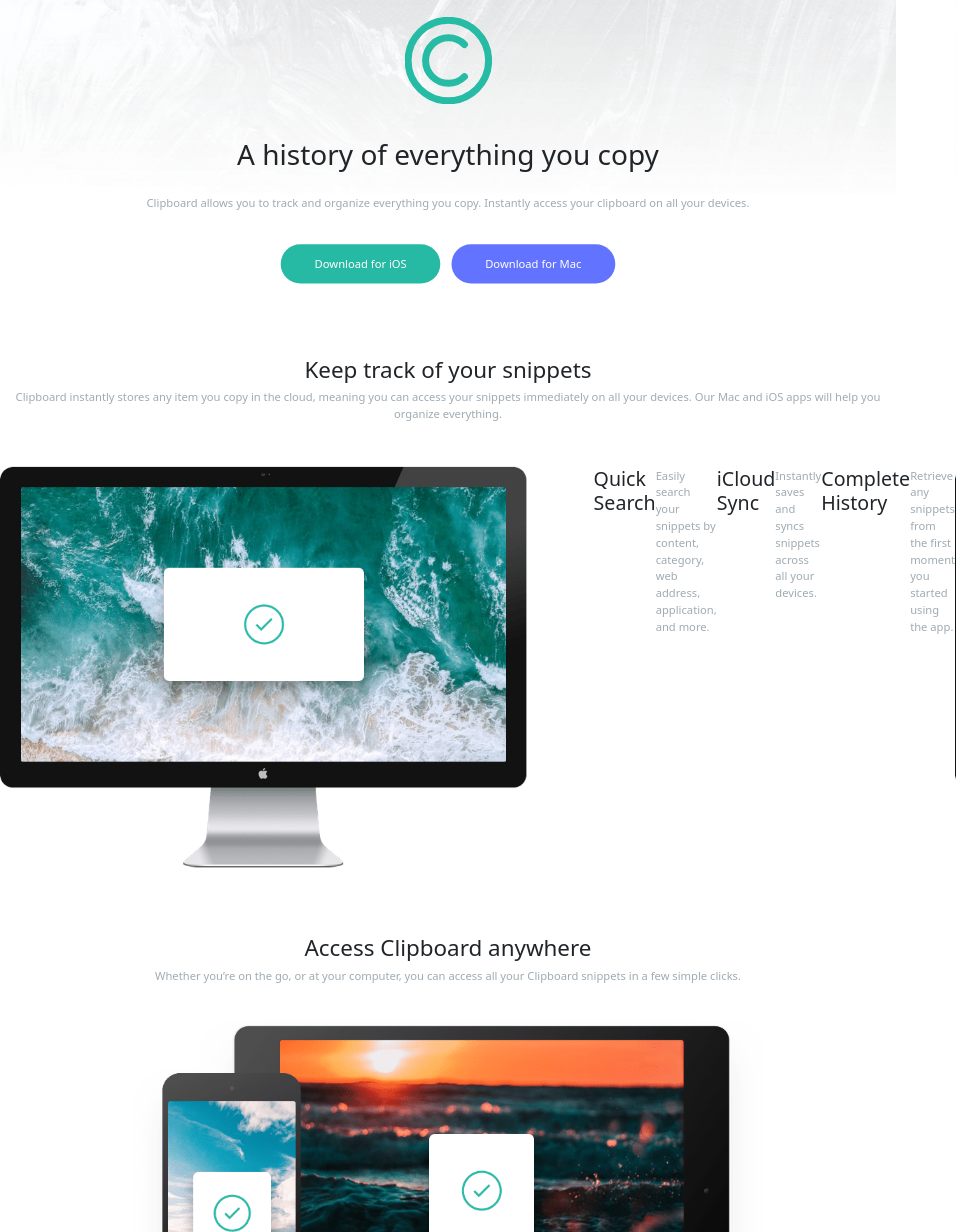
Repository: blordeus/clipboard-landing-page-master
Page: index.html
An editor plug-in stored every save of this project. The page is shown before and after the next save, followed by the edit.
The browser window is 1280 px wide. The page is 1365 px wide, then 1280 px, so the pictures cover 1365 px, including what lies to the right of the window. The pictures show the part of the page from y = 0 to 1760 px (the page is 5197 px tall), at 70% of full size.
Some web fonts or font styles are not loaded; a fallback is used. The style sheet was rebuilt from its Sass, Less or Tailwind sources for each picture, by a compiler version that may differ from the author's.

Above is the page before, as saved 2023-09-04 16:06:08.

### index.html
<!DOCTYPE html>
<html lang="en">
<head>
  <meta charset="UTF-8">
  <meta name="viewport" content="width=device-width, initial-scale=1.0"> <!-- displays site properly based on user's device -->

  <link rel="icon" type="image/png" sizes="32x32" href="./images/favicon-32x32.png">
  <link rel="stylesheet" href="style.css">
  <link href="https://cdn.jsdelivr.net/npm/bootstrap@5.3.1/dist/css/bootstrap.min.css" rel="stylesheet" integrity="sha384-4bw+/aepP/YC94hEpVNVgiZdgIC5+VKNBQNGCHeKRQN+PtmoHDEXuppvnDJzQIu9" crossorigin="anonymous">
  <title>Frontend Mentor | Clipboard landing page</title>

</head>
<body>
<main class="text-center">
    <header class="background py-4">
      <img src="./images/logo.svg" alt="">
      <h1 class="mt-5 translate-bottom-y">A history of everything you copy</h1>
    </header>

    <p>
      Clipboard allows you to track and organize everything you
      copy. Instantly access your clipboard on all your devices.
    </p>

    <div class="d-grid d-md-flex justify-content-md-center gap-3 col-10 mx-auto my-5 pb-5">
      <button class="btn-cyan rounded-pill px-md-5">Download for iOS</button>
      <button class="btn-blue rounded-pill px-md-5">Download for Mac</button>
    </div>

    <h2 class="pt-5 pt-md-2">Keep track of your snippets</h2>

    <p class="pb-5">
      Clipboard instantly stores any item you copy in the cloud,
      meaning you can access your snippets immediately on all your
      devices. Our Mac and iOS apps will help you organize everything.
    </p>

    <section class="d-grid pb-5 mx-4 gap-5 mx-md-0 d-md-flex">
      <img class="img-fluid" src="./images/image-computer.png" alt="computer">
      <div class="text-md-start ms-5 d-flex align-content-center justify-content-center">
        <h3>Quick Search</h3>
        <p>Easily search your snippets by content, category, web address, application, and more.</p>
        <h3>iCloud Sync</h3>
        <p>Instantly saves and syncs snippets across all your devices.</p>
        <h3>Complete History</h3>
        <p>Retrieve any snippets from the first moment you started using the app.</p>
      </div>
    </section>

    <section class="py-5 mx-4">
      <h2>Access Clipboard anywhere</h2>
      <p class="mb-5">
        Whether you’re on the go, or at your computer, you can access all your Clipboard
        snippets in a few simple clicks.
      </p>
      <img class="img-fluid" src="./images/image-devices.png" alt="">
    </section>

    <section class="mx-3 py-5">
      <h2>Supercharge your workflow</h2>
      <p>We’ve got the tools to boost your productivity.</p>
    </section>

    <section class="py-5">
      <div>
        <img class="mb-5" src="./images/icon-blacklist.svg" alt="blacklist">
        <h3 class="mb-3">Create blacklists</h3>
        <p>Ensure sensitive information never makes its way to your clipboard by excluding certain sources.</p>
      </div>
      <div>
        <img class="my-5" src="./images/icon-text.svg" alt="blacklist">
        <h3 class="mb-3">Plain text snippets</h3>
        <p>Remove unwanted formatting from copied text for a consistent look.</p>
      </div>
      <div>
        <img class="my-5" src="./images/icon-preview.svg" alt="blacklist">
        <h3 class="mb-3">Sneak preview</h3>
        <p>Quick preview of all snippets on your Clipboard for easy access.</p>
      </div>
    </section>

    <section class="d-flex flex-column col-6 gap-4 mx-auto mb-5">
      <img class="img-fluid" src="./images/logo-google.png" alt="google">
      <img class="img-fluid" src="./images/logo-ibm.png" alt="ibm">
      <img class="img-fluid" src="./images/logo-microsoft.png" alt="microsoft">
      <img class="img-fluid" src="./images/logo-hp.png" alt="hp">
      <img class="img-fluid" src="./images/logo-vector-graphics.png" alt="vector graphics">
    </section>

    <section class="my-5 mx-3">
      <h2>Clipboard for iOS and Mac OS</h2>
      <p>
        Available for free on the App Store. Download for Mac or iOS, sync with iCloud
        and you’re ready to start adding to your clipboard.
      </p>
      <div class="d-grid gap-3 col-10 mx-auto my-5 pb-5">
        <button class="btn-cyan rounded-pill">Download for iOS</button>
        <button class="btn-blue rounded-pill">Download for Mac</button>
      </div>
    </section>

    <section class="d-flex flex-column gap-3 pb-5 mt-5 bg-light">
        <img class="img-fluid w-25 mx-auto pt-4" src="./images/logo.svg" alt="">
        <div class="my-4 d-grid gap-3 mx-auto footer-text">
          <p class="footer-text">FAQs</p>
          <p class="footer-text">Contact Us</p>
          <p class="footer-text">Privacy Policy</p>
          <p class="footer-text">Press Kit</p>
          <p class="footer-text">Install Guide</p>
            </div>
        <div class="icons d-flex flex-row justify-content-between mx-auto gap-5">
          <img src="./images/icon-facebook.svg" alt="">
          <img src="./images/icon-twitter.svg" alt="">
          <img src="./images/icon-instagram.svg" alt="">
        </div>
    </section>

    <footer>
      <p class="attribution d-none">
        Challenge by <a rel= "noopener" href="https://www.frontendmentor.io?ref=challenge" target="_blank">Frontend Mentor</a>.
        Coded by <a href="#">Your Name Here</a>.
      </p>
    </footer>
</main>
</body>
</html>

### style.scss
@import url('https://fonts.googleapis.com/css2?family=Bai+Jamjuree:wght@400;600&family=Karla:wght@400;700&display=swap');

:root{
--Strong-Cyan: hsl(171, 66%, 44%);
--Light-Blue: hsl(233, 100%, 69%);
--Dark-Grayish-Blue: hsl(210, 10%, 33%);
--Grayish-Blue: hsl(201, 11%, 66%);
}
//reset
* {
    margin: 0;
    padding: 0;
    box-sizing: border-box;
}

body {
    font-family: 'Bai Jamjuree', sans-serif;
    font-size: 18px;
}

p {
    color: var(--Grayish-Blue);
}

//button
.btn-cyan {
    background-color: var(--Strong-Cyan);
    color: white;
    padding: 1rem;
    border: none;
    cursor: pointer;
}

.btn-blue {
    background-color: var(--Light-Blue);
    color: white;
    padding: 1rem;
    border: none;
    cursor: pointer;
}

.background {
    background-image: url(./images/bg-header-mobile.png);
    background-repeat: no-repeat;
    background-size: cover;
    background-position: center;
    height: 100%;
    width: 100%;
}

.footer-text {
    color: var(--Dark-Grayish-Blue);
    background-color: black;
}


.attribution { font-size: 11px; text-align: center; }
.attribution a { color: hsl(228, 45%, 44%); }

//media query for 900px
@media screen and (min-width: 900px) {
    .background {
        background-image: url(./images/bg-header-desktop.png);
    }

}

After the next save:
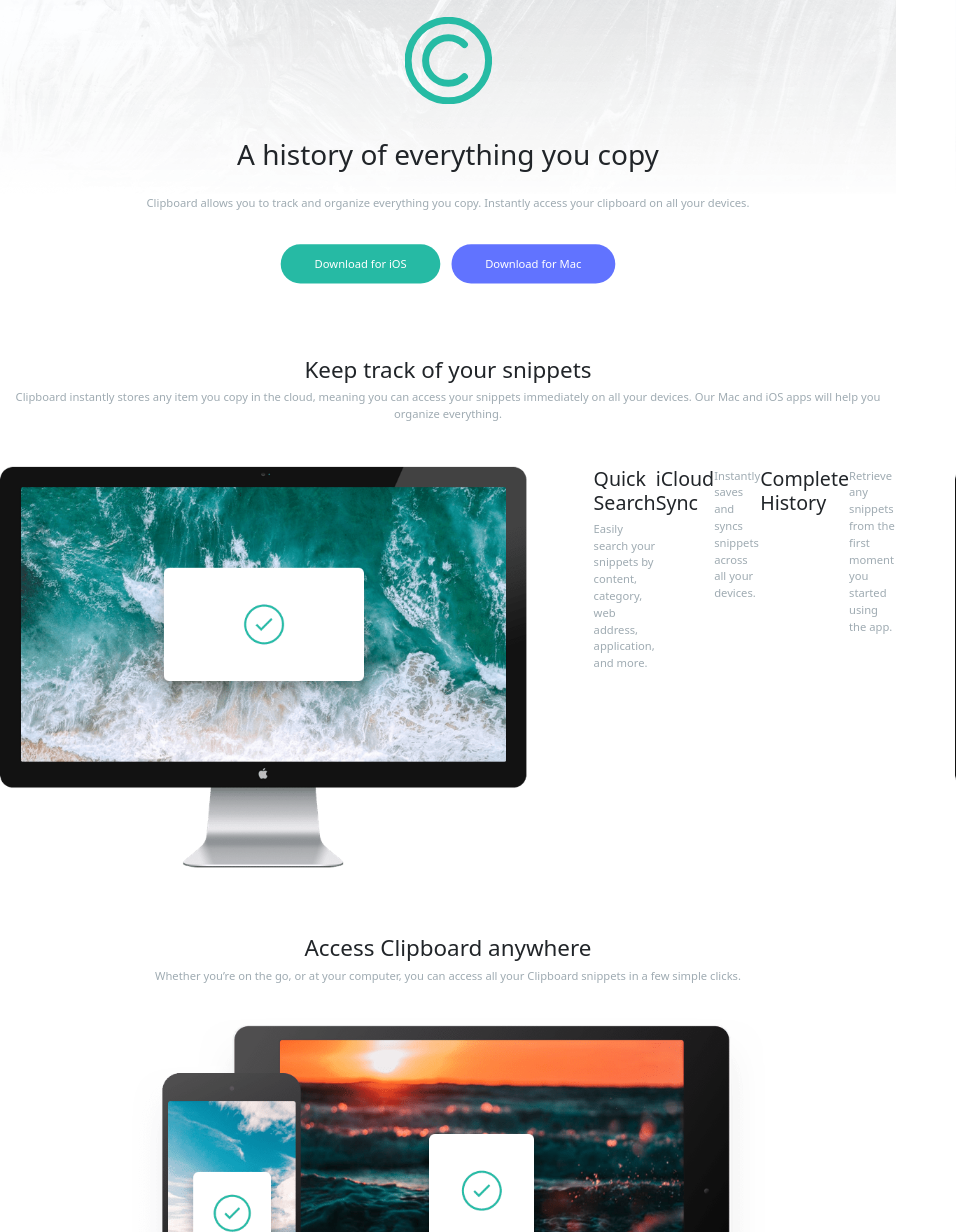
Saved 12 s later.
--- a/index.html
+++ b/index.html
@@ -38,8 +38,10 @@
     <section class="d-grid pb-5 mx-4 gap-5 mx-md-0 d-md-flex">
       <img class="img-fluid" src="./images/image-computer.png" alt="computer">
       <div class="text-md-start ms-5 d-flex align-content-center justify-content-center">
-        <h3>Quick Search</h3>
-        <p>Easily search your snippets by content, category, web address, application, and more.</p>
+        <div>
+          <h3>Quick Search</h3>
+          <p>Easily search your snippets by content, category, web address, application, and more.</p>
+        </div>
         <h3>iCloud Sync</h3>
         <p>Instantly saves and syncs snippets across all your devices.</p>
         <h3>Complete History</h3>
